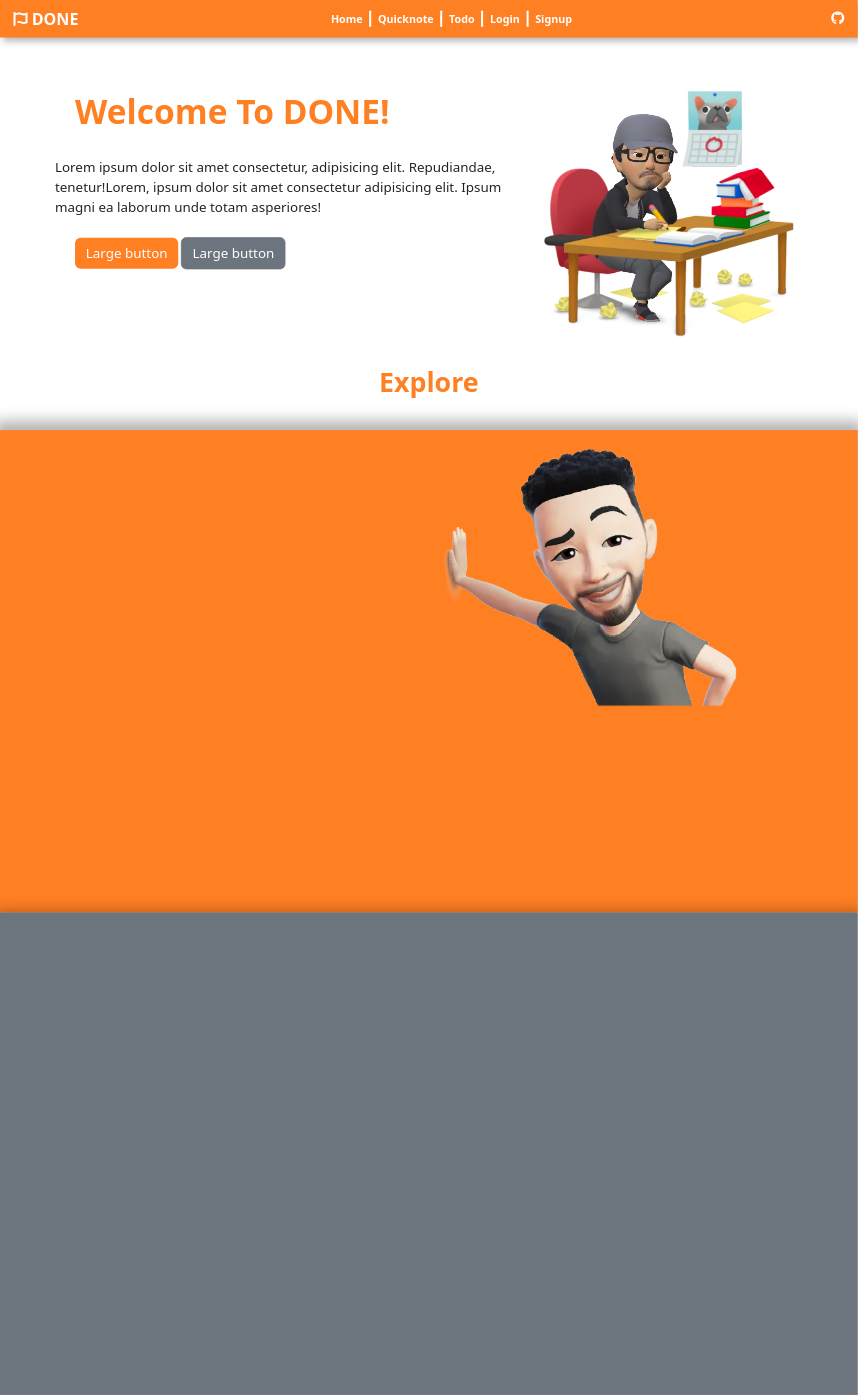
Repository: OmarEssameldinMousa/DONE
Page: index.html
These files come from the project's save history. The page is drawn as it stood at one moment and after the next save; the edit follows.
The browser window is 1280 px wide. The pictures show the whole page, at 67% of full size.
Some web fonts or font styles are not loaded; a fallback is used.

Above is the page before, as saved 2023-12-18 03:03:48.

### index.html
<!DOCTYPE html>
<html lang="en">

<head>
    <meta charset="UTF-8">
    <meta name="viewport" content="width=device-width, initial-scale=1.0">
    <title>Home</title>
    <!-- Main Template CSS File -->
    <link rel="stylesheet" href="CSS/styles.css">
    <!-- Render and Normalize the ELements -->
    <link rel="stylesheet" href="CSS/normalize.css">
    <!-- Font Awsome Library -->
    <link rel="stylesheet" href="CSS/all.min.css">
    <!-- google fonts -->
    <link rel="preconnect" href="https://fonts.googleapis.com">
    <link rel="preconnect" href="https://fonts.gstatic.com" crossorigin>
    <link
        href="https://fonts.googleapis.com/css2?family=Kablammo&family=Work+Sans:wght@200;300;400;500;600;800&display=swap"
        rel="stylesheet">
    <!-- including bootstrap library -->
    <link href="https://cdn.jsdelivr.net/npm/bootstrap@5.3.2/dist/css/bootstrap.min.css" rel="stylesheet"
        integrity="sha384-T3c6CoIi6uLrA9TneNEoa7RxnatzjcDSCmG1MXxSR1GAsXEV/Dwwykc2MPK8M2HN" crossorigin="anonymous">

</head>

<body>
    <header>
        <nav>
            <!-- Logo with Font Awesome Icon -->
            <div class="logo">
                <i class="fab fa-font-awesome-flag"></i> DONE
            </div>

            <!-- Left-side Navigation Links -->
            <ul class="navlist">
                <li><a href="index.html">Home</a></li>
                <li><a href="quicknote.html">Quicknote</a></li>
                <li><a href="mytasks.html">Todo</a></li>
                <li><a href="#">Login</a></li>
                <li><a href="#">Signup</a></li>
            </ul>

            <!-- Right-side GitHub Icon -->
            <div class="github-icon">
                <a rel="" href="https://github.com/yourusername" target="_blank">
                    <i class="fab fa-github" style="color: white;"></i>
                </a>
            </div>
        </nav>

        <div class="container heading">
            <div class="landing">

                <div class="landingtext">
                    <h1>Welcome To DONE!</h1>
                    <p>Lorem ipsum dolor sit amet consectetur, adipisicing elit. Repudiandae, tenetur!Lorem, ipsum dolor
                        sit amet consectetur adipisicing elit. Ipsum magni ea laborum unde
                        totam
                        asperiores!</p>
                    <div class="buttons">
                        <button type="button" class="btn btn-primary btn-lg"
                            style="background-color: #ff7f23;border: none;">Large
                            button</button>
                        <button type="button" class="btn btn-secondary btn-lg">Large button</button>
                    </div>
                </div>

                <div class="logoimage">
                    <img src="images/omar.png" alt="">
                </div>
            </div>
        </div>
    </header>
    <div class="explore">
        <img src="images/kemo1.jpg" alt="">
        <h1><a href="#tododemo1">Explore</a></h1>
    </div>

    <div class="tododemo" id="tododemo1">

    </div>

    <div class="snippests" id="tododemo1">

    </div>
    <footer>

    </footer>


    <script src="https://cdn.jsdelivr.net/npm/bootstrap@5.3.2/dist/js/bootstrap.bundle.min.js"
        integrity="sha384-C6RzsynM9kWDrMNeT87bh95OGNyZPhcTNXj1NW7RuBCsyN/o0jlpcV8Qyq46cDfL"
        crossorigin="anonymous"></script>
</body>

</html>

### CSS/styles.css
/* Start Variables */
:root{
    --main-color: rgba(235, 235, 235, 0.6);
    --secondery-color: #ff7f23;
    --third-color:#333;
    --fourth-color: #6c757d;
}
/* End Variables */
/* Special Heading */
.special-heading{
    color: #ebeced;
    font-size: 100px;
    text-align: center;
    font-weight: 800;
    letter-spacing: -3px;
    margin: 0;

}
.special-heading + p{
    margin-top: -30px;
    text-align: center;
    font-size: 20px;
    color: #797979;
}
/* End Special Heading */
/* Start Global Rules */
*{
    -webkit-box-sizing: border-box;
    -moz-box-sizing: border-box;
    box-sizing: border-box;
}

body{

    font-family: 'Kablammo', cursive;
    font-family: 'Work Sans', sans-serif;
    background-color: #797979;

}

.container{
    padding-left: 15px;
    padding-right: 15px;
    margin-left: auto;
    margin-right: auto;
    background-color: #fff;
    margin: auto;
    width: 600px;
}

/*very small screens*/
@media (max-width: 767px){
    .container{
        .special-heading{
            font-size: 60px;
        }
        .special-heading + p{
            margin-top: -20px;
        }

        .landing{
            flex-direction: column;
            text-align: center;
        }
    }
    .navlist{
        display: none;
    }


}
/*small screens*/
@media (min-width: 768px){
    .container{
        width: 750px;
    }
}
/*Medium screens*/
@media (min-width: 992px){
    .container{
        width: 970px;
    }
}
/*Large screens*/
@media (min-width: 1200px){
    .container{
        width: 1170px;
    }
}
/* End Global Rules */


html{
    scroll-behavior: smooth;
}
/* navigation bar */

nav {
    background-color:  var(--secondery-color);
    color: white;
    display: flex;
    align-items: center;
    justify-content: space-between;
    padding: 10px 20px;
    box-shadow: 5px 5px 10px rgba(0, 0, 0, 0.3);
}
nav ul {
    list-style: none;
    margin: 0;
    padding: 0;
    display: flex;
}
nav ul li {
    margin-right: 10px;
    font-weight: bold;

}
nav ul li:not(:last-child) {
    border-right: solid 3px white;
    padding-right: 10px;
}
nav ul li a {
    text-decoration: none;
    color: white;
    transition: 0.3s;
}
nav ul li a:hover {
    color: var(--main-color); /* Change color on hover */
}
.logo {
    font-size: 24px;
    font-weight: bold;
}
.github-icon {
    font-size: 20px;
    color: white;
}

.heading{
    display: flex;
    align-items: center;
    justify-content: center;
    margin-top: 50px;
    height: auto;
}

.landing{
    width: 100%;

    background-color: none;
    display: flex;
    flex-direction: row;

}

.landing h1{
    color: var(--secondery-color);
    font-size: 50px;
    font-weight: 900;
    padding: 30px;
}
.landing p{
    font-size: 20px;
}
.landing .logoimage img{
    width: 400px;
    position: relative;
    animation: topdown 2s ease-in-out infinite;
}

.landing .landingtext .buttons{
    margin: 30px;
    top: 150px;
}
@keyframes topdown {
    0%, 100% {
        top: 0; /* Starting and ending position (top) */
    }
    50% {
        top: 5px; /* Middle position (top) */
    }
}


.explore{
    height: auto;
    text-align: center;
    display: block;
    padding: 10px;
    transition: 0.3s;
    width: min-content;
    margin: 30px auto ;
}
.explore a,
.explore h1{
    color: var(--secondery-color);
    font-weight: 900;
    transform: 0.3s;
    text-decoration: none;
}
.explore img{
    position: absolute;

}
.landing .logoimage{
    position: relative;
}
.explore a:hover,
.explore:hover{
    background-color:var(--secondery-color);
    border-radius: 20px;
    color: #ebeced;
    cursor: pointer;
}



/* to do demo */
.tododemo{
    height: 100vh;
    background-color: var(--secondery-color);
    box-shadow: rgba(0, 0, 0, 0.3) 0px -4px 20px 9px;

}

.snippests{
    height: 100vh;
    background-color: var(--fourth-color);
    box-shadow: rgba(0, 0, 0, 0.3) 0px 7px 20px 9px
}

Loaded but not shown: CSS/normalize.css (library); CSS/all.min.css (library)

After the next save:
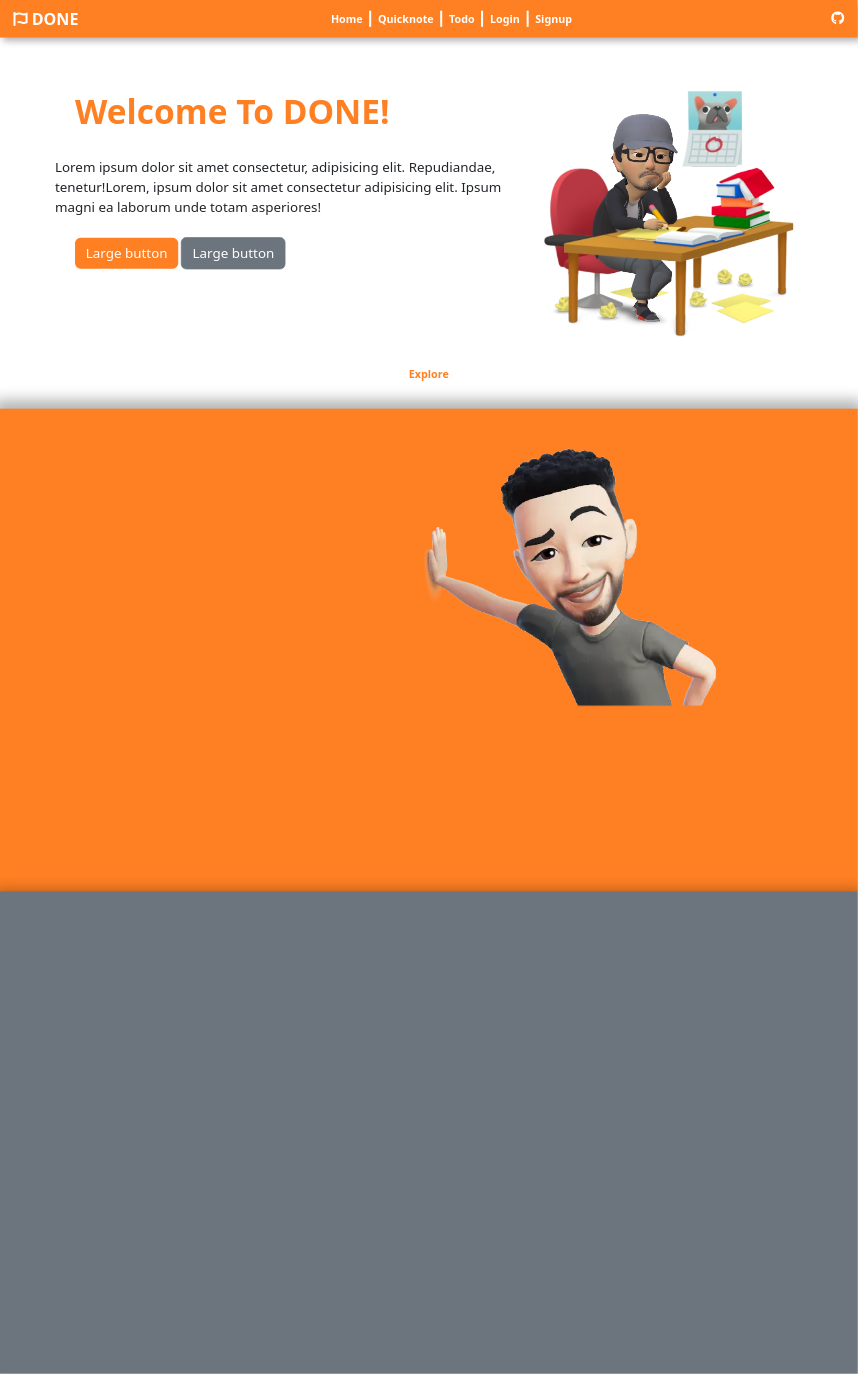
Saved 68 s later.
--- a/index.html
+++ b/index.html
@@ -73,7 +73,7 @@
     </header>
     <div class="explore">
         <img src="images/kemo1.jpg" alt="">
-        <h1><a href="#tododemo1">Explore</a></h1>
+        <a href="#tododemo1">Explore</a>
     </div>
 
     <div class="tododemo" id="tododemo1">
